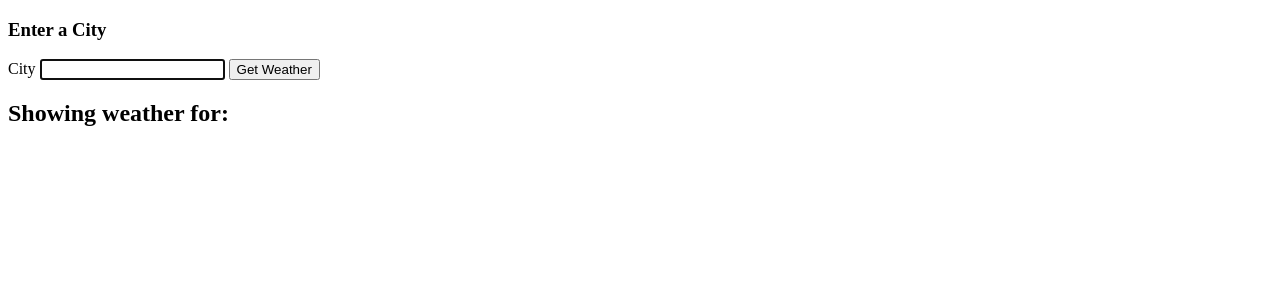
Repository: Naomilounsbury/weather-dashboard
Page: index.html
The author's editor kept a copy of each file at every save. The page is drawn from the files as they stood at one save, then again after the next save.
The browser window is 1280 px wide. The pictures show the whole page.

Above is the page before, as saved 2021-12-08 13:22:55.

### index.html
<!DOCTYPE html>
<html lang="en">

<head>
    <meta charset="UTF-8">
    <meta http-equiv="X-UA-Compatible" content="IE=edge">
    <meta name="viewport" content="width=device-width, initial-scale=1.0">
    <title>weather-dashboard</title>
</head>

<body>
    <div class="holdingmyform col-12 col-md-8" >
        <h3 class="weathersearch">Enter a City</h3>
        <form id="weather-form">
            <label class="freaken-label" for="city">City</label>
            <input name="city" class="city-name"type="text" autofocus="true">
            <button type="submit" class="btn">
                Get Weather
            </button>
        </form>
    </div>
    <div class="col-12 col-md-8">
        <h2 class="subtitle">Showing weather for: <span id="city"></span></h2>
        <div id="cities-container" class="list-group"></div>
      </div>

    <script src="https://code.jquery.com/jquery-3.4.1.min.js"></script>
    <script src="./assets/js/script.js"></script>
</body>

</html>

### assets/js/script.js
//we are fetchingthe api currently we are in miami but hopefully we can change cities
//my requestUrl is a string and we have to make the city part of the string dynamic so will need backticks
//and connect it to the form

//hopefully the way this works is when a city is entered it fetches that data

var getWeather = function (event) {
    var nameInputEl = document.querySelector(".city-name");

    //so the whole url needs to be dynamic so I have to put backticks on the whole thing
    //then the dollar sign and curly braces signal javascript that there will be code in here and the code will evaluate to a string that
    // will be input in this position
    var requestURL = `https://api.openweathermap.org/data/2.5/weather?q=${nameInputEl.value.trim()}&appid=82b88905657c227b366aeed2a3762dff`
    event.preventDefault()
    //need a variable that lets the getweather function have access to the data
    //and return that data
//type of is a weird one
console.log(nameInputEl.value)

    fetch(requestURL)
        // after the request finishes, so when the promise resovles the then part is a function that runs once the promise resolves
        .then(function (response) {
            //there is a .then inside of a .then, why does this work????
            //response.json: the response there is a promise
            //when we do a fetch requestUrl we get a promise that respolves to an object
            //when we do the .then we're making a temporary variable named "response"
            //and a response objuserFormEl.addEventListener("submit", formSubmitHandler);ect and the response object has a .json object on it that returns a promise so we need another .then to capture when the
            //promise is resolved
            //dataData is now another temporary variable that we are using so that when response.json resolves it gets
            //put into the temporary variable and we can work with it inside the function
            return response.json()
            }).then(function (dataData) {
                displayCurrentCity(dataData)
                //so by calling saveData inside the .then on the .then we are getting data
                saveData(nameInputEl.value.trim(), dataData)

            })



            //had to make the response .json because there wasn't any data otherwise
            //.json is the way to get the data out of the response

    //this console log is ouside the fetch
    console.log("outside");
}
//all the new stuff I wanted to try doing without sophie
// so I grabbed the weather form using jquery and saved it in citySearchName/jquery just messes things up
var citySearchName = document.querySelector("#weather-form");

//I'm not sure if it would be citySearchEl or the button to put the event listener on
// apparently I need the event listener, it needs to be outside the function because we want it to be added as soon as the page loads
citySearchName.addEventListener("submit", getWeather);
var weatherContainerEl = document.querySelector(".cities-container");
var citiesSearch = document.querySelector("#cities")



//creating a function that saves the data in local storage
var saveData = function (city, data) {
    console.log(city)
    console.log(data)
    localStorage.setItem(city, data)
}
var displayCurrentCity = function(data){
    //city date icon temperature wind speed humidity
    //five day forecast for the city
    var cityEl =document.querySelector("#city");
    cityEl.textContent = data.name

}

After the next save:
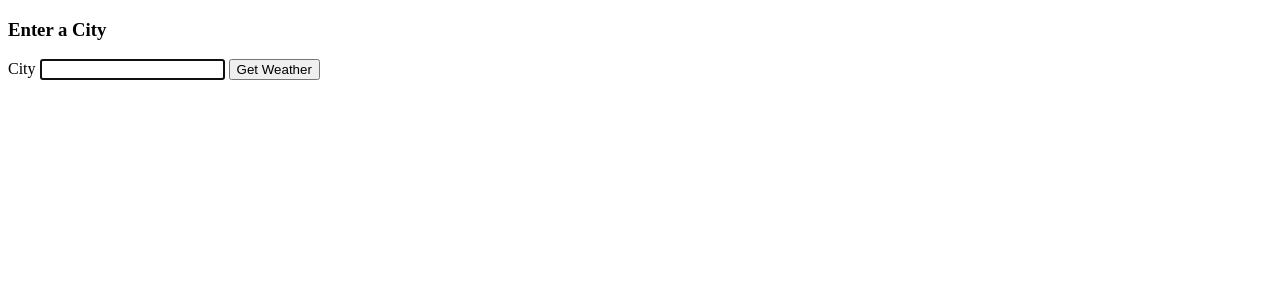
Saved 27 s later.
--- a/index.html
+++ b/index.html
@@ -20,8 +20,7 @@
         </form>
     </div>
     <div class="col-12 col-md-8">
-        <h2 class="subtitle">Showing weather for: <span id="city"></span></h2>
-        <div id="cities-container" class="list-group"></div>
+        <div id="city"></div>
       </div>
 
     <script src="https://code.jquery.com/jquery-3.4.1.min.js"></script>
